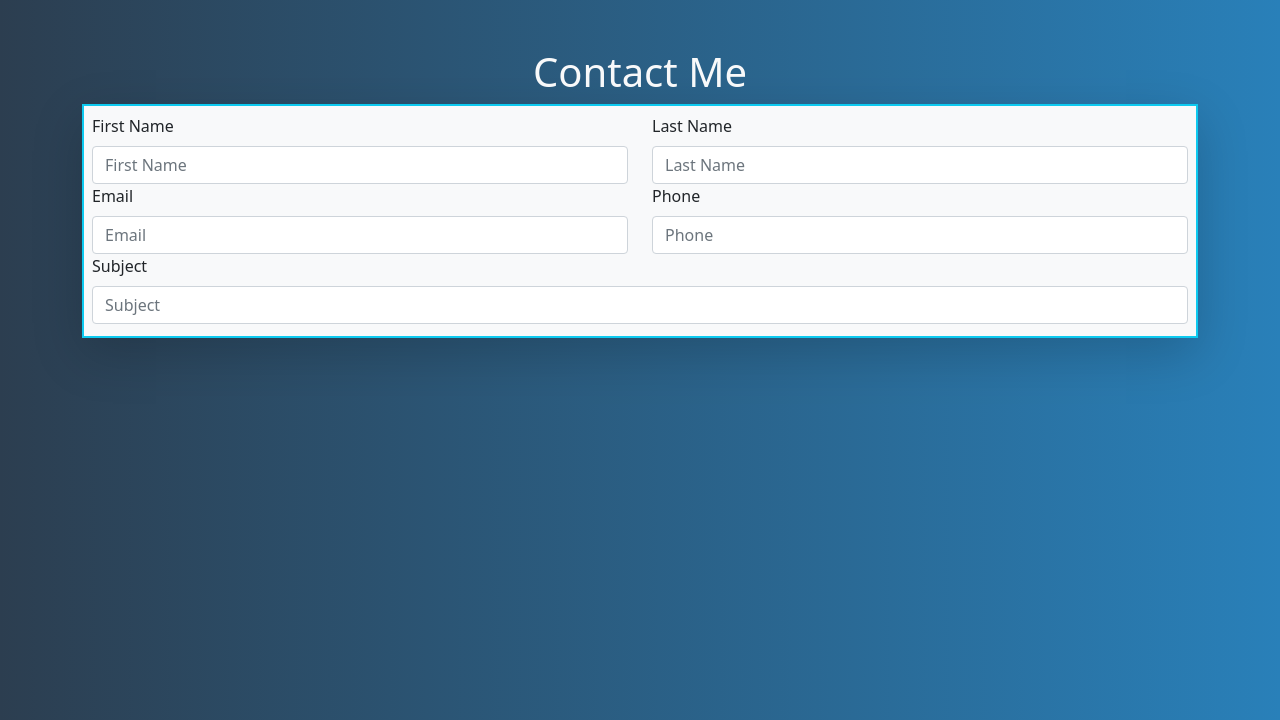
Repository: norman0286/formContactMe
Page: contactForm.html
These files come from the project's save history. The page is drawn as it stood at one moment and after the next save; the edit follows.
The browser window is 1280 px wide. The pictures show the whole page.

Above is the page before, as saved 2023-04-20 09:06:27.

After the next save:
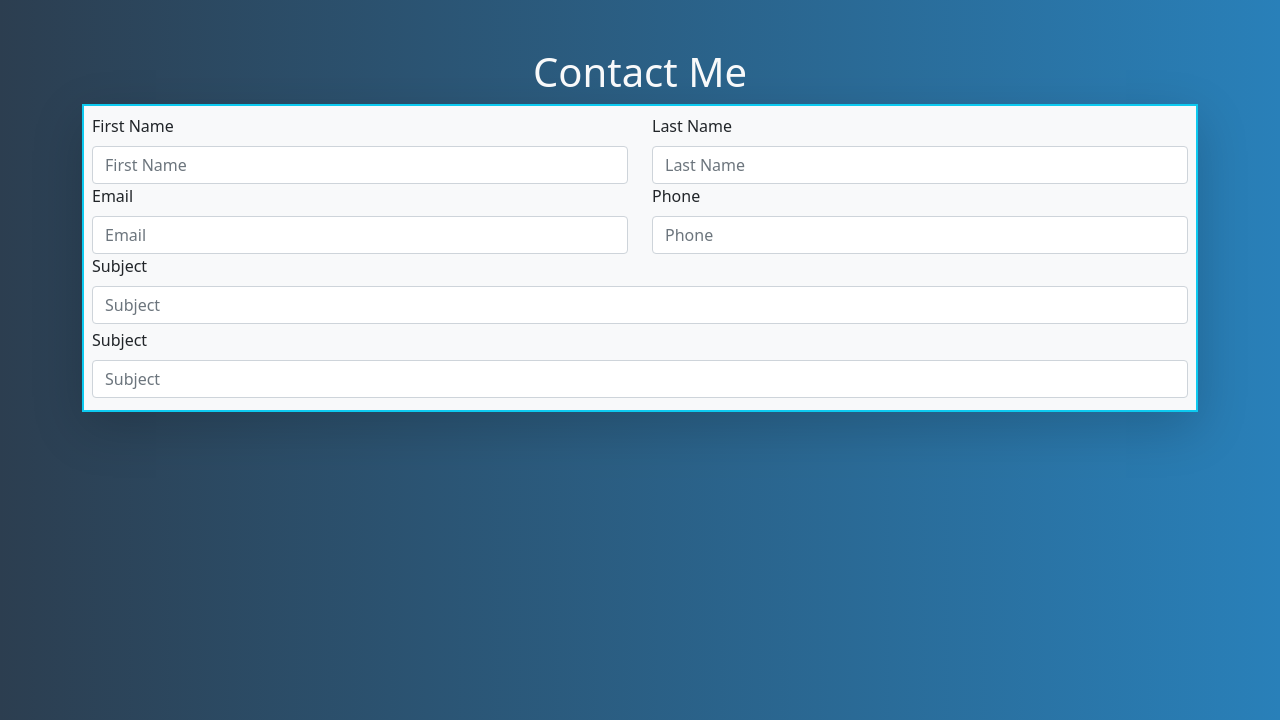
Saved 24 s later.
--- a/contactForm.html
+++ b/contactForm.html
@@ -84,6 +84,19 @@
               />
             </div>
           </div>
+          <div class="row mb-1">
+            <div class="col">
+              <label class="form-label">Subject</label>
+              <input
+                type="text"
+                name="subject"
+                class="form-control"
+                placeholder="Subject"
+                aria-label="Subject"
+                required
+              />
+            </div>
+          </div>
         </form>
       </div>
     </div>
